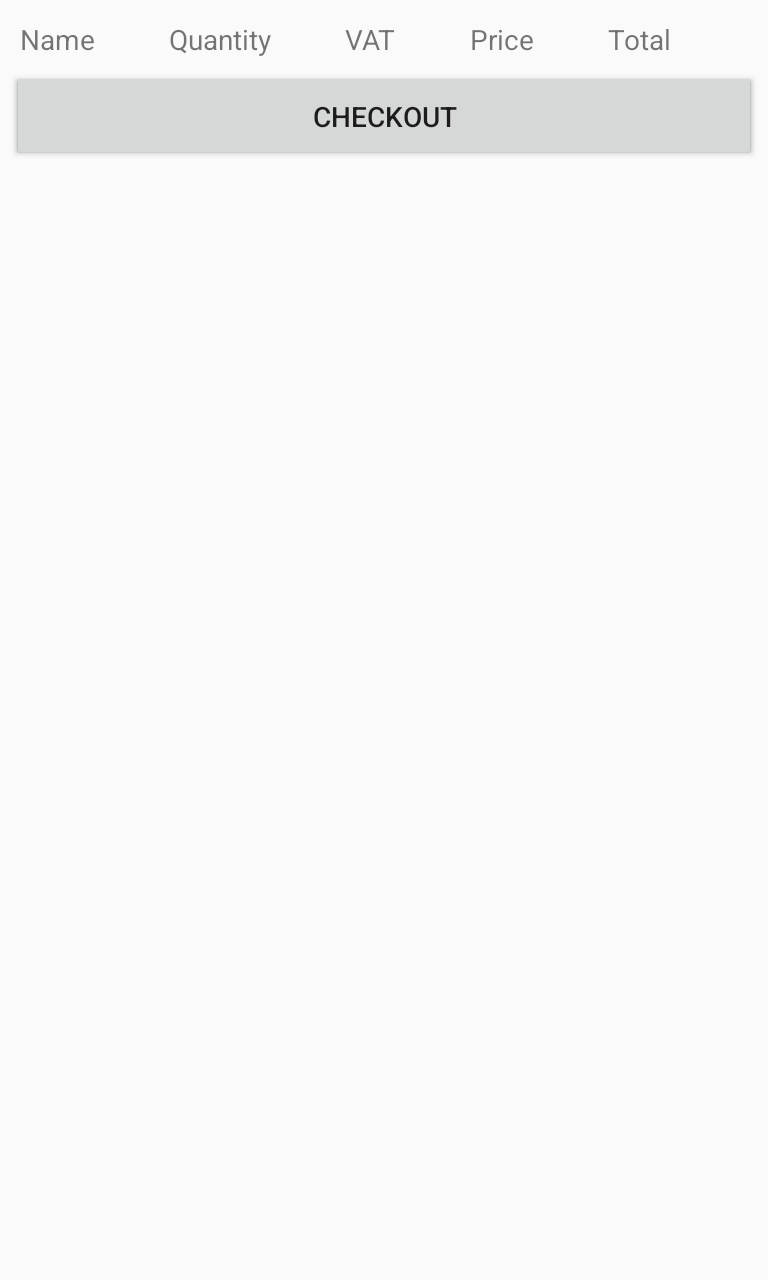
Repository: ThatCrazyIrishGuy/guiAndroidAssignment
Layout: ShoppingList/res/layout/checkout_view.xml
These files come from the project's save history. The layout is drawn as it stood at one moment and after the next save; the edit follows.
It is drawn on a 768 x 1280 px phone screen (xhdpi) without system bars, with theme AppTheme; the app's code is not run.

Above is the layout before, as saved 2014-11-13 22:52:57.

After the next save:
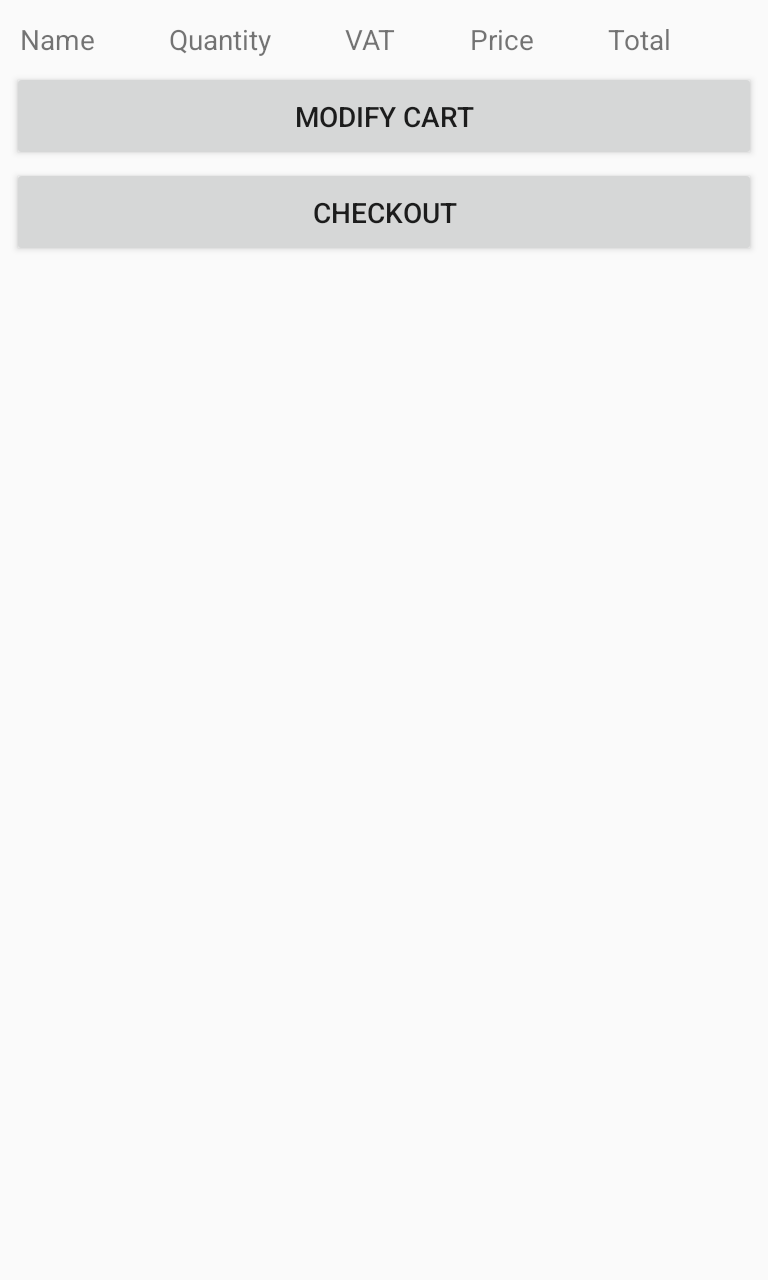
Saved 18 s later.
--- a/ShoppingList/res/layout/checkout_view.xml
+++ b/ShoppingList/res/layout/checkout_view.xml
@@ -34,7 +34,7 @@
         android:text ="@string/modifyCart"  />
 
 		<Button
-        android:layout_below="@+id/purchases"
+        android:layout_below="@+id/modifyCart"
         android:id="@+id/checkout"
         android:layout_width="fill_parent"
         android:layout_height="wrap_content"
